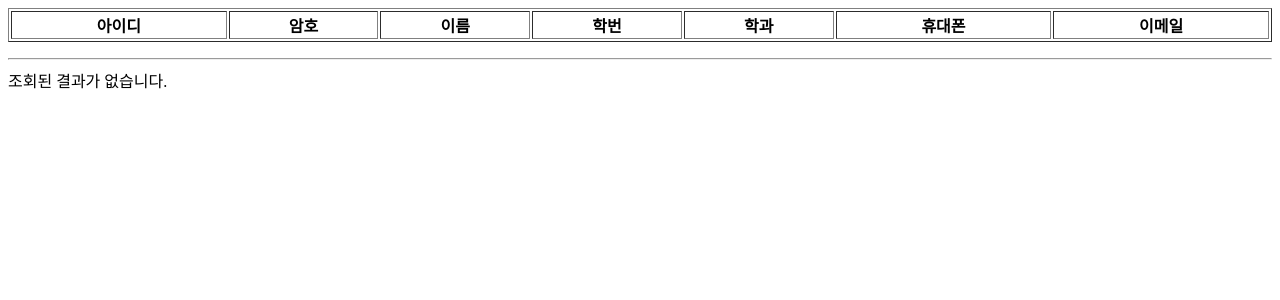
Repository: papav-hub/Web_Study
Page: http://localhost/jspbook/ch07/selectstudent.jsp
The author's editor kept a copy of each file at every save. The page is drawn from the files as they stood at one save, then again after the next save.
The browser window is 1280 px wide. The pictures show the whole page.
The page is served by Tomcat 9. Queries for data that is not in the repository find no rows.

Above is the page before, as saved 2021-10-26 01:27:39.

After the next save:
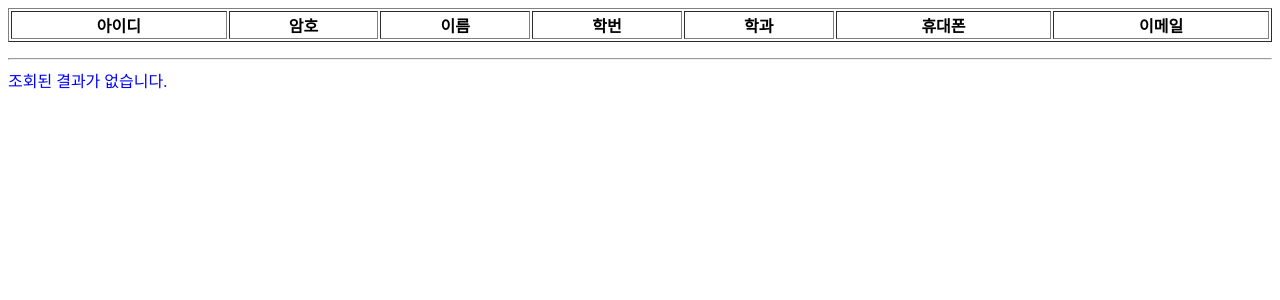
Saved 7 s later.
--- a/jspbook/src/main/webapp/ch07/selectstudent.jsp
+++ b/jspbook/src/main/webapp/ch07/selectstudent.jsp
@@ -72,7 +72,7 @@
 
 
 <p><hr>
-<front color=blue>
+<font color=blue>
 <%
 	if(rowCount == 0){
 		out.println("조회된 결과가 없습니다.");
@@ -81,7 +81,7 @@
 		out.println("조회된 결과가 " + rowCount + "건 입니다.");
 	}
 %>
-</front>
+</font>
 
 
 
